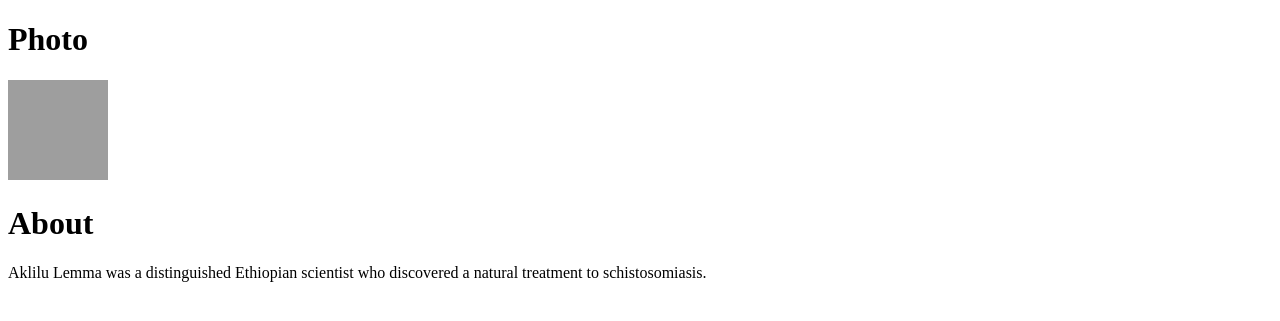
Repository: elite2012/reactstudy
Page: / (app in my-app/)
These files come from the project's save history. The page is drawn as it stood at one moment and after the next save; the edit follows.
The browser window is 1280 px wide. The pictures show the whole page.
Pictures or frames that could not be fetched are drawn as grey boxes. The project was rebuilt for these pictures with package versions that can differ from the ones it lists, and the page was loaded fresh each time.

Above is the page before, as saved 2023-04-10 15:48:27.

### my-app/src/index.js
import React from 'react';
import ReactDOM from 'react-dom';
import App from './UI/propscomponent/reacp/3-Passing JSX in a children prop/App'
//在 children prop 中传递 JSX 代码
//从下面的代码中提取一个 Card 组件，并使用 children prop 将不同的 JSX 传递给它：

ReactDOM.render(
    <App/>,
    document.getElementById('root')

)

### my-app/src/UI/propscomponent/reacp/3-Passing JSX in a children prop/App.js
//在 children prop 中传递 JSX 代码
//从下面的代码中提取一个 Card 组件，并使用 children prop 将不同的 JSX 传递给它：
function Card({ children }) {
    return (
      <div className="card">
        <div className="card-content">
          {children}
        </div>
      </div>
    );
  }

  export default function Profile() {
    return (
      <div>
        <Card>
          <h1>Photo</h1>
          <img
            className="avatar"
            src="https://i.imgur.com/OKS67lhm.jpg"
            alt="Aklilu Lemma"
            width={100}
            height={100}
          />
        </Card>
        <Card>
          <h1>About</h1>
          <p>Aklilu Lemma was a distinguished Ethiopian scientist who discovered a natural treatment to schistosomiasis.</p>
        </Card>
      </div>
    );
  }

### my-app/src/UI/6-Conditional Rendering/1-Conditionally returning JSX/App.js
//假设有一个 PackingList 组件，里面渲染多个 Item 组件，每个物品可标记为打包与否：
function Item({ name, isPacked }) {
  return <li className="item">{name}</li>;
}

export default function PackingList() {
  return (
    <section>
      <h1>Sally Ride 的行李清单</h1>
      <ul>
        <Item
          isPacked={true}
          name="宇航服"
        />
        <Item
          isPacked={true}
          name="带金箔的头盔"
        />
        <Item
          isPacked={false}
          name="Tam 的照片"
        />
      </ul>
    </section>
  );
}

Loaded but not shown: my-app/public/index.html (common file)

After the next save:
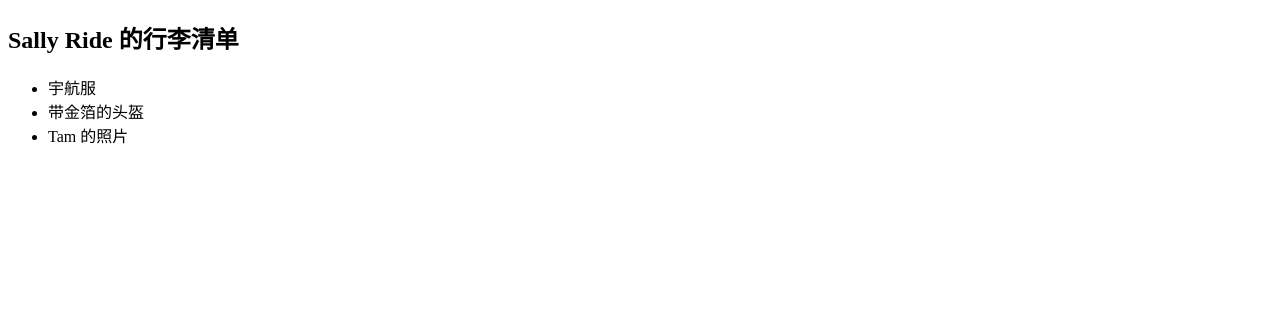
Saved 72 s later.
--- a/my-app/src/index.js
+++ b/my-app/src/index.js
@@ -1,8 +1,7 @@
 import React from 'react';
 import ReactDOM from 'react-dom';
-import App from './UI/propscomponent/reacp/3-Passing JSX in a children prop/App'
-//在 children prop 中传递 JSX 代码
-//从下面的代码中提取一个 Card 组件，并使用 children prop 将不同的 JSX 传递给它：
+import App from './UI/6-Conditional Rendering/1-Conditionally returning JSX/App'
+//假设有一个 PackingList 组件，里面渲染多个 Item 组件，每个物品可标记为打包与否
 
 ReactDOM.render(
     <App/>,
